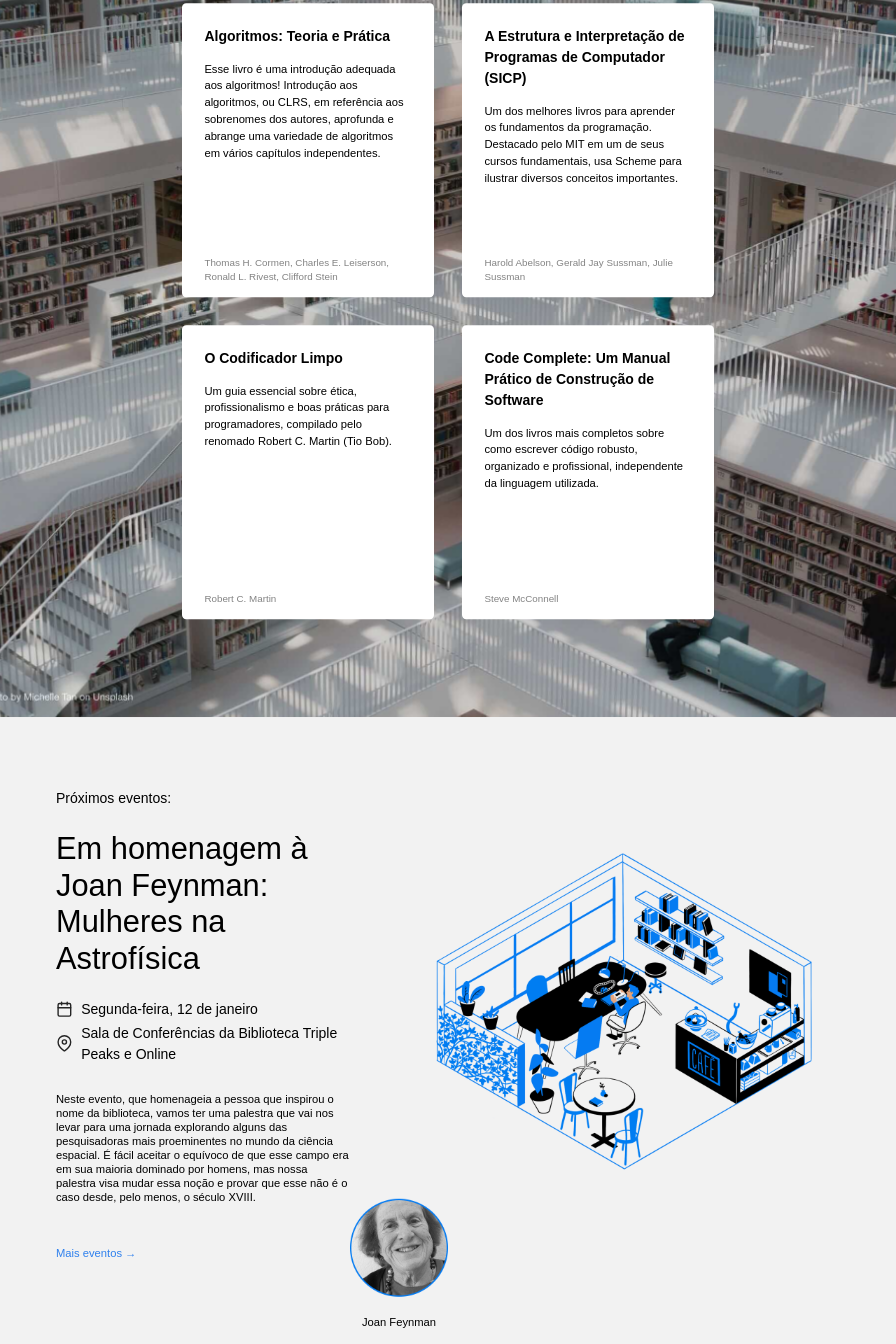
Repository: thainagomesc/web_project_library_pt
Page: index.html
The author's editor kept a copy of each file at every save. The page is drawn from the files as they stood at one save, then again after the next save.
The browser window is 1280 px wide. The pictures show the part of the page from y = 962 to 2882 px (the page is 2882 px tall), at 70% of full size.

Above is the page before, as saved 2025-12-28 20:51:47.

### index.html
<!DOCTYPE html>
<html lang="pt">
  <head>
    <meta charset="UTF-8" />
    <meta name="viewport" content="width=device-width, initial-scale=1.0" />
    <title>Biblioteca Triple Peaks</title>
    <link rel="shortcut icon" href="favicon.ico" />
    <link rel="stylesheet" href="./vendor/normalize.css" />
    <link rel="stylesheet" href="./styles/style.css" />
  </head>

  <body>
    <div class="page">
      <header class="header">
        <nav class="nav">
          <img
            src="./images/logo.svg"
            alt="Logotipo da Biblioteca Triple Peaks"
            class="nav__logo"
          />

          <ul class="nav__links">
            <li><a class="nav__link" href="#staff">Escolhas da Equipe</a></li>
            <li><a class="nav__link" href="#">Eventos</a></li>
            <li><a class="nav__link" href="#">Seja um membro</a></li>
            <li><a class="nav__link" href="#">Contatos</a></li>
          </ul>
        </nav>

        <div class="header__content">
          <div>
            <h1 class="header__title">Bem-vindo à Biblioteca Triple Peaks</h1>
            <p class="header__description">
              Temos o prazer de abrir as portas da nossa biblioteca a todos! Venha expandir
              seus conhecimentos de desenvolvimento, ou apenas use esse belo local para trabalhar
              ou estudar. Esse é um lugar legal para estudantes legais!
            </p>
          </div>
          <img
            src="./images/inside_the_library.png"
            alt="Ilustração 'Dentro da biblioteca'"
            class="header__image"
          />
        </div>

        <div class="header__footer">
          <p class="header__address">Triple Peaks, 200 Success Avenue</p>
        </div>
      </header>

      <main class="content">
        <section class="staff" id="staff">
          <h2 class="staff__title">Escolhas da Equipe</h2>
          <p class="staff__subtitle">Que nossos leitores adoram</p>

          <ul class="staff__cards">

            <li class="card">
              <div class="card__content">
                <h3 class="card__title">Algoritmos: Teoria e Prática</h3>
                <p class="card__text">
                  Esse livro é uma introdução adequada aos algoritmos! Introdução aos algoritmos,
                  ou CLRS, em referência aos sobrenomes dos autores, aprofunda e abrange uma
                  variedade de algoritmos em vários capítulos independentes.
                </p>
                <p class="card__footer">
                  Thomas H. Cormen, Charles E. Leiserson, Ronald L. Rivest, Clifford Stein
                </p>
              </div>
            </li>

            <li class="card">
              <div class="card__content">
                <h3 class="card__title">
                  A Estrutura e Interpretação de Programas de Computador (SICP)
                </h3>
                <p class="card__text">
                  Um dos melhores livros para aprender os fundamentos da programação. Destacado
                  pelo MIT em um de seus cursos fundamentais, usa Scheme para ilustrar diversos
                  conceitos importantes.
                </p>
                <p class="card__footer">
                  Harold Abelson, Gerald Jay Sussman, Julie Sussman
                </p>
              </div>
            </li>

            <li class="card">
              <div class="card__content">
                <h3 class="card__title">
                  O Codificador Limpo
                </h3>
                <p class="card__text">
                  Um guia essencial sobre ética, profissionalismo e boas práticas para programadores,
                  compilado pelo renomado Robert C. Martin (Tio Bob).
                </p>
                <p class="card__footer">Robert C. Martin</p>
              </div>
            </li>

            <li class="card">
              <div class="card__content">
                <h3 class="card__title">
                  Code Complete: Um Manual Prático de Construção de Software
                </h3>
                <p class="card__text">
                  Um dos livros mais completos sobre como escrever código robusto, organizado e
                  profissional, independente da linguagem utilizada.
                </p>
                <p class="card__footer">Steve McConnell</p>
              </div>
            </li>
          </ul>
        </section>

        <section class="events">
        <div class="events__content">

          <h2 class="events__heading">Próximos eventos:</h2>
          <h3 class="events__title">
          Em homenagem à Joan Feynman: Mulheres na Astrofísica
          </h3>

          <div class="event-info events__info-section">
            <div class="event-info__item">

              <img
                src="./images/icon_calendar.svg"
                alt="Calendar icon"
                class="event-info__icon"
              />

              <p class="event-info__text">Segunda-feira, 12 de janeiro</p>
            </div>

            <div class="event-info__item">

              <img
                src="./images/icon_pin.svg"
                alt="Pin icon"
                class="event-info__icon"
              />

              <p class="event-info__text">
                Sala de Conferências da Biblioteca Triple Peaks e Online
              </p>
            </div>
          </div>

          <p class="events__description">
            Neste evento, que homenageia a pessoa que inspirou o nome da biblioteca, vamos ter uma
            palestra que vai nos levar para uma jornada explorando alguns das pesquisadoras mais
            proeminentes no mundo da ciência espacial. É
            fácil aceitar o equívoco de que esse campo era em sua maioria
            dominado por homens, mas nossa palestra visa mudar essa noção e
            provar que esse não é o caso desde, pelo menos,
            o século XVIII.
          </p>
          <a href="#" class="events__more">Mais eventos &rarr;</a>
        </div>

        <div class="events__cover">
          <img
            src="./images/cafe.png"
            alt="Ilustração 'Café na Biblioteca'"
            class="events__image"
          />

          <div class="person person_name_feynman">
            <img
              src="./images/person_feynman.png"
              alt="Ilustração de Joan Feynman"
              class="person__image person__image_size_l"
            />
            <p class="person__name">Joan Feynman</p>
        </section>

      </main>
    </div>
  </body>
</html>

### styles/style.css
.page {
  min-width: 1100px;
  max-width: 1600px;
  margin: 0 auto;
  font-family: Arial, sans-serif;
  font-size: 16px;
  line-height: 20px;
}

.header {
  display: flex;
  flex-direction: column;
  height: 100vh;
  min-height: 720px;
  max-height: 800px;
  padding: 30px 80px 40px;
  position: relative;
  box-sizing: border-box;
}

.nav {
  display: flex;
  justify-content: space-between;
}

.nav__logo {
  width: 80px;
  height: 58px;
}

.nav__links {
  list-style-type: none;
  padding: 0;
  margin: 8px 0 0;
  display: flex;
  column-gap: 20px;
}

.nav__link {
  color: #000000;
  text-decoration: none;
}

.header__content {
  display: flex;
  justify-content: space-between;
}

.header__title {
  max-width: 635px;
  margin: 128px 0 32px;
  font-size: 62px;
  line-height: 76px;
  font-weight: 500;
}

.header__description {
  max-width: 515px;
  margin: 0;
  font-size: 20px;
  line-height: 30px;
}

.header__image {
  max-width: 636px;
}

.header__footer {
  margin-top: auto;
  width: 100%;
  display: flex;
  align-items: center;
  justify-content: flex-end;
  box-sizing: border-box;
}

.header__link {
  color: #2f80ed;
  text-decoration: none;
}

.header__address {
  margin: 0;
  color: #838383;
}

/* STAFF SECTION */

.staff {
  background-image: url("../images/staff_picks_background.jpg");
  background-position: center;
  background-size: cover;
  padding: 100px 0 140px;
}

.staff__title {
  text-align: center;
  font-size: 44px;
  line-height: 52px;
  font-weight: 400;
  margin: 0 0 24px;
  color: #ffffff;
}

.staff__subtitle {
  text-align: center;
  font-size: 20px;
  line-height: 30px;
  font-weight: 400;
  margin: 0;
  color: #ffffff;
}

.staff__cards {
  max-width: 760px;
  margin: 40px auto 0;
  padding: 0;
  list-style-type: none;
  display: flex;
  flex-wrap: wrap;
  justify-content: center;
  gap: 40px;
}

.card {
  background-color: #fff;
  border-radius: 6px;
  padding: 32px 40px 20px 32px;
  box-sizing: border-box;
  height: 420px;
  width: 360px;
  list-style-type: none;
}

.card__content {
  width: 100%;
  height: 100%;
  display: flex;
  flex-direction: column;
}

.card__title {
  font-size: 20px;
  line-height: 30px;
  font-weight: 700;
  margin: 0;
}

.card__text {
  margin: 20px 0 0;
  font-size: 16px;
  line-height: 24px;
}

.card__footer {
  margin: 0;
  font-size: 14px;
  line-height: 20px;
  color: #838383;
  margin-top: auto;
}

.events {
  padding: 100px 0 120px 80px;
  display: flex;
  align-items: start;
  justify-content: space-between;
  box-sizing: border-box;
  background-color: #f2f2f2;
}

.events__content {
  flex-basis: 580px;
}

.events__heading {
  font-size: 20px;
  font-weight: 500;
  line-height: 30px;
  margin: 0;
}

.events__title {
  font-size: 44px;
  font-weight: 500;
  line-height: 52px;
  margin: 32px 0 0;
}

.events__info-section {
  margin-top: 32px;
}

.event-info__item {
  display: flex;
  align-items: center;
  margin-bottom: 4px;
  font-weight: 500;
}

.event-info__icon {
  background-repeat: no-repeat;
  background-position: center;
  margin-right: 12px;
  width: 24px;
  height: 24px;
}

.event-info__text {
  font-size: 20px;
  font-weight: 500;
  line-height: 30px;
  margin: 0;
}

.events__description {
  margin: 40px 0 60px;
}

.events__more {
  color: #2f80ed;
  text-decoration: none;
}

.events__cover {
  flex-grow: 1;
  flex-shrink: 0;
  flex-basis: 780px;
  max-width: 780px;
  position: relative;
}

.events__image {
  max-width: 100%;
}

.person {
  position: absolute;
  display: flex;
  align-items: center;
  flex-direction: column;
  gap: 10px;
}

.person_name_feynman {
  /* Use os valores corretos das propriedades top/right/bottom/left para posicionar o elemento */
}

.person_name_burbidge {
  /* Use os valores corretos das propriedades top/right/bottom/left para posicionar o elemento */
}

.person_name_cannon {
  /* Use os valores corretos das propriedades top/right/bottom/left para posicionar o elemento */
}

.person_name_mitchell {
  /* Use os valores corretos das propriedades top/right/bottom/left para posicionar o elemento */
}

.person_name_tarter {
  /* Use os valores corretos das propriedades top/right/bottom/left para posicionar o elemento */
}

.person__image {
  max-width: 100%;
}

.person__image_size_l {
  width: 140px;
}

.person__image_size_m {
  width: 100px;
}

.person__image_size_s {
  width: 80px;
}

.person__caption {
  text-align: center;
  font-size: 14px;
  margin: 0;
}

Loaded but not shown: vendor/normalize.css (library)

After the next save:
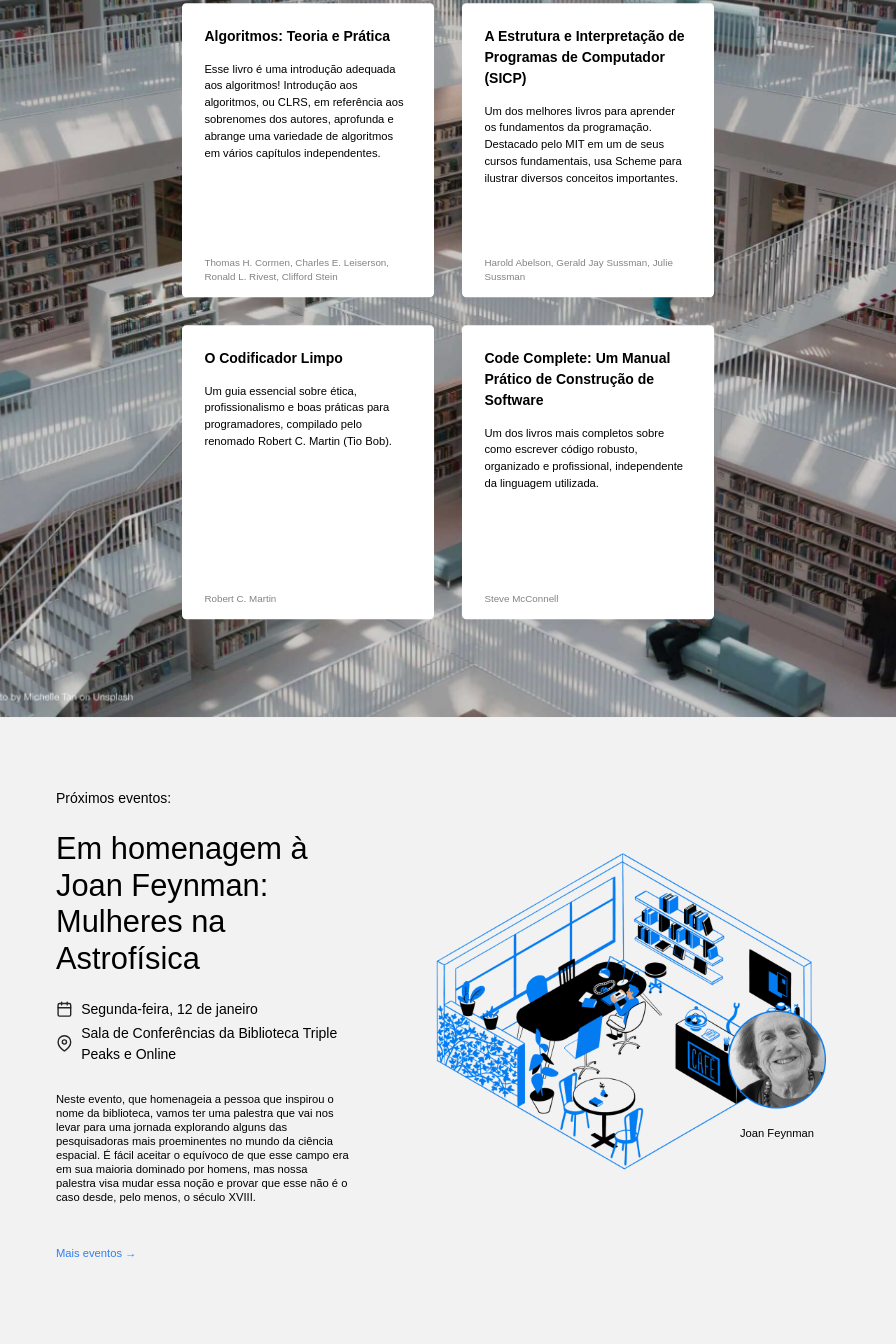
Saved 2 min 22 s later.
--- a/styles/style.css
+++ b/styles/style.css
@@ -243,7 +243,10 @@
 }
 
 .person_name_feynman {
-  /* Use os valores corretos das propriedades top/right/bottom/left para posicionar o elemento */
+  top: 319px;
+  right: 100px;
+  bottom: auto;
+  left: auto;
 }
 
 .person_name_burbidge {
